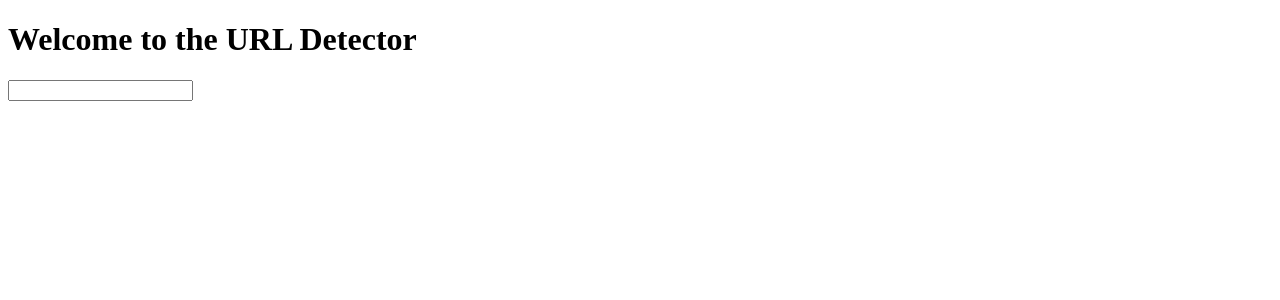
Repository: comendrun/starting-project
Page: src/main/resources/static/index.html
The author's editor kept a copy of each file at every save. The page is drawn from the files as they stood at one save, then again after a run of saves.
The browser window is 1280 px wide. The pictures show the whole page.

Above is the page before, as saved 2022-10-20 11:44:49.

After the next 3 saves:
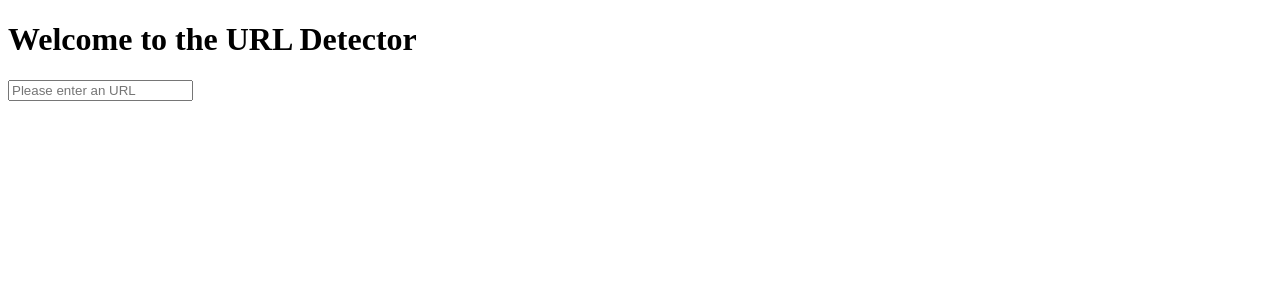
The 3 saves are shown as one change because they came seconds apart.
The last was saved 12 s later.
--- a/src/main/resources/static/index.html
+++ b/src/main/resources/static/index.html
@@ -12,7 +12,7 @@
   <body class="w-[100vw] min-h-[100vh]">
     <div class="w-full flex flex-col">
       <h1 class="text-center mx-auto">Welcome to the URL Detector</h1>
-      <input type="text" placeholder=""
+      <input type="text" placeholder="Please enter an URL" />
     </div>
   </body>
 
